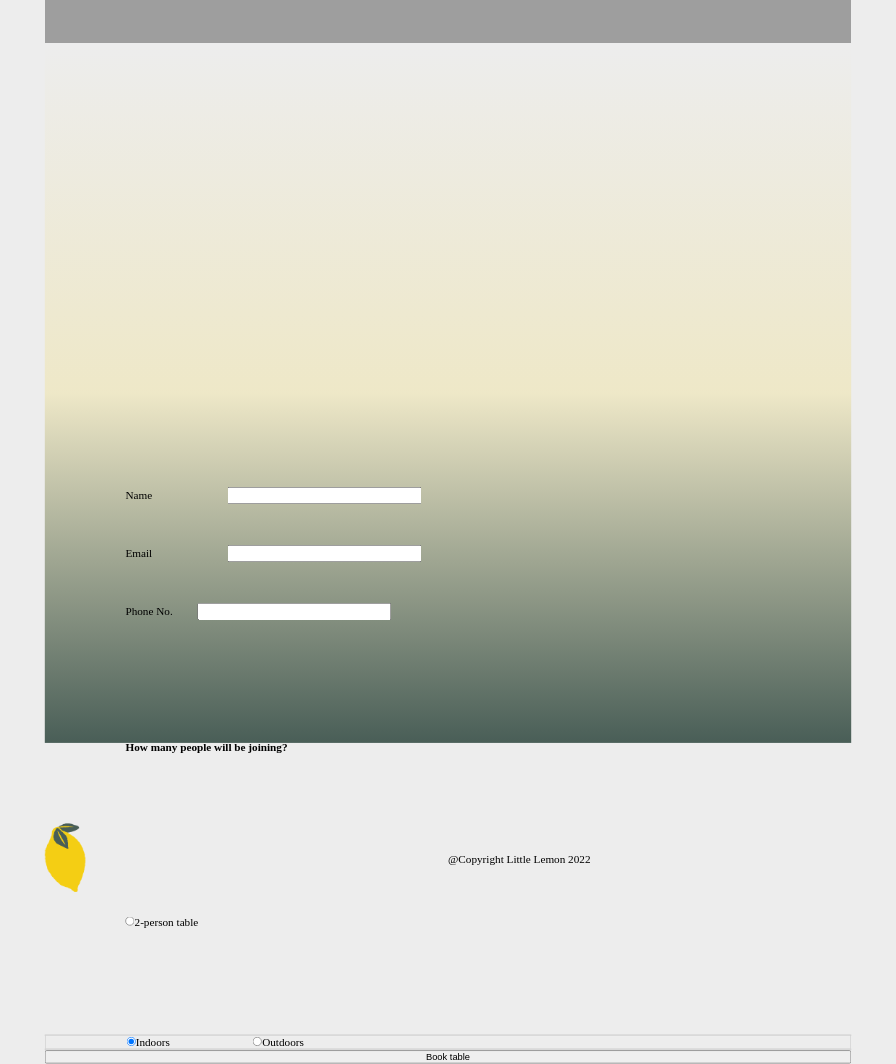
Repository: klone007/littleLemon
Page: index.html
An editor plug-in stored every save of this project. The page is shown before and after a run of saves, followed by the edit.
The browser window is 1280 px wide. The pictures show the part of the page from y = 2905 to 4825 px (the page is 4425 px tall before and 4825 px after), at 70% of full size.
Pictures or frames that could not be fetched are drawn as grey boxes. A picture or video elsewhere on the page could not be fetched, so the positions and the page height are approximate. Backgrounds fixed to the window are drawn as part of the page.

Above is the page before, as saved 2022-11-17 13:28:47.

After the next 2 saves:
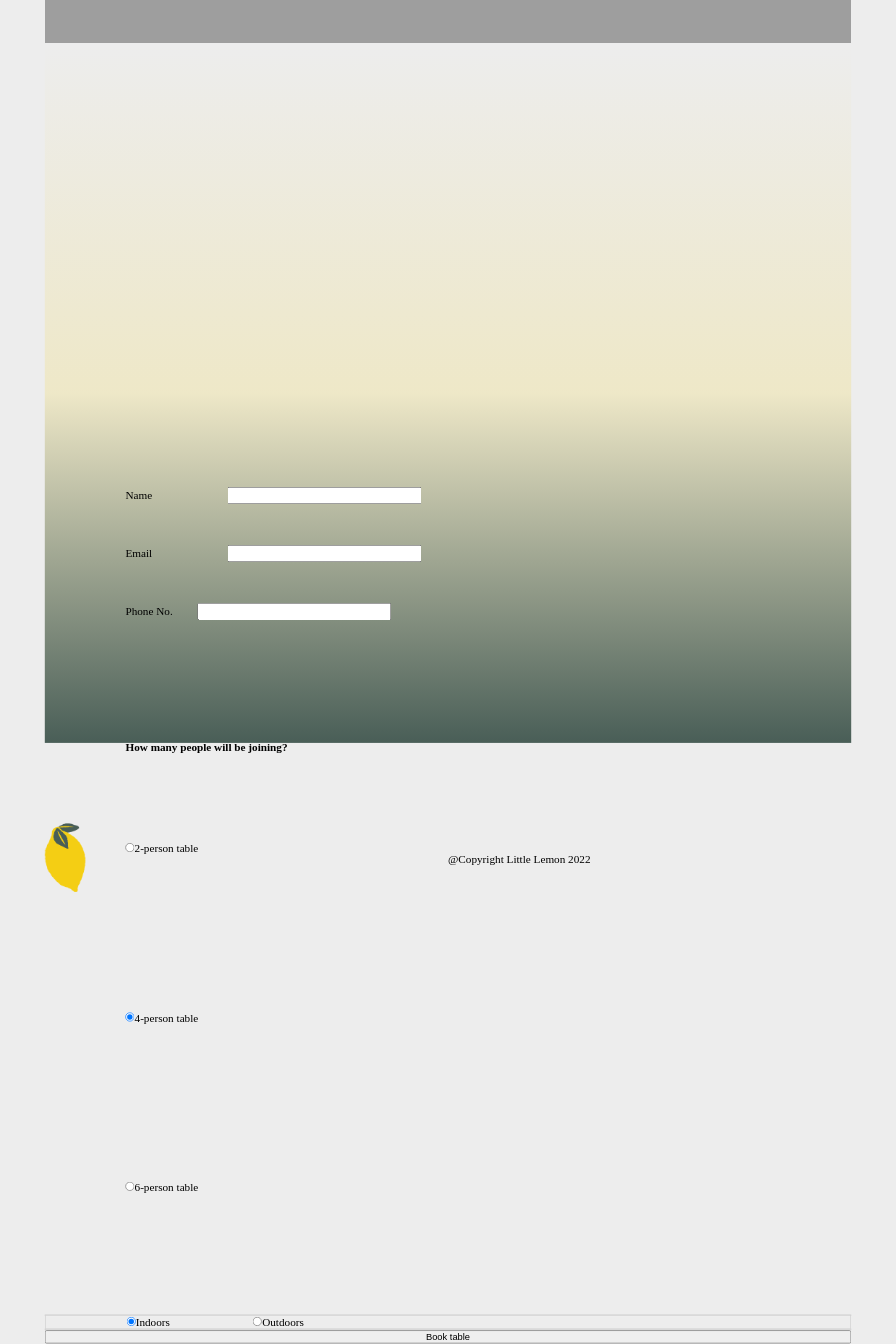
The 2 saves are shown as one change because they came seconds apart.
The last was saved 11 s later.
--- a/styles.css
+++ b/styles.css
@@ -507,7 +507,7 @@
     flex-direction: column;
     margin: 15% 10%;
     border:0;
-    row-gap: 75%;
+    row-gap:5rem;
 }
 
 #size label {

After the 2 saves that followed:
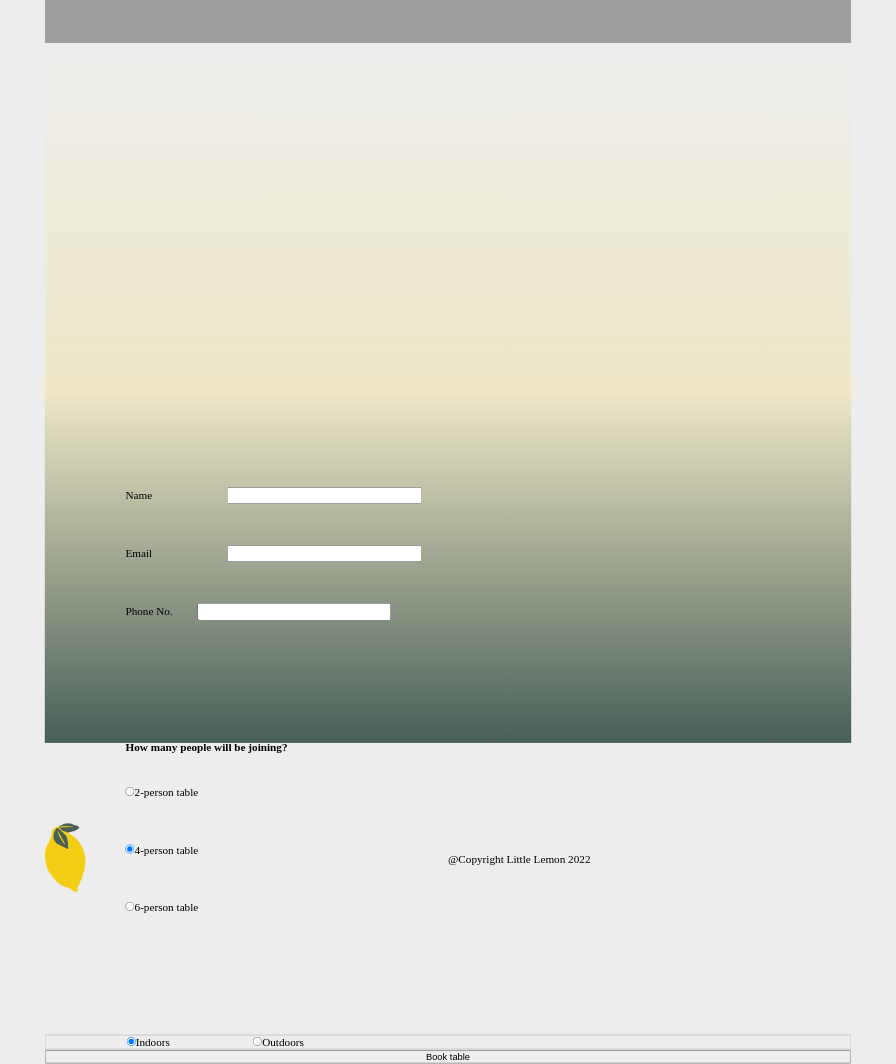
The 2 saves are shown as one change because they came seconds apart.
The last was saved 16 s later.
--- a/styles.css
+++ b/styles.css
@@ -507,7 +507,7 @@
     flex-direction: column;
     margin: 15% 10%;
     border:0;
-    row-gap:5rem;
+    column-gap:5rem;
 }
 
 #size label {
